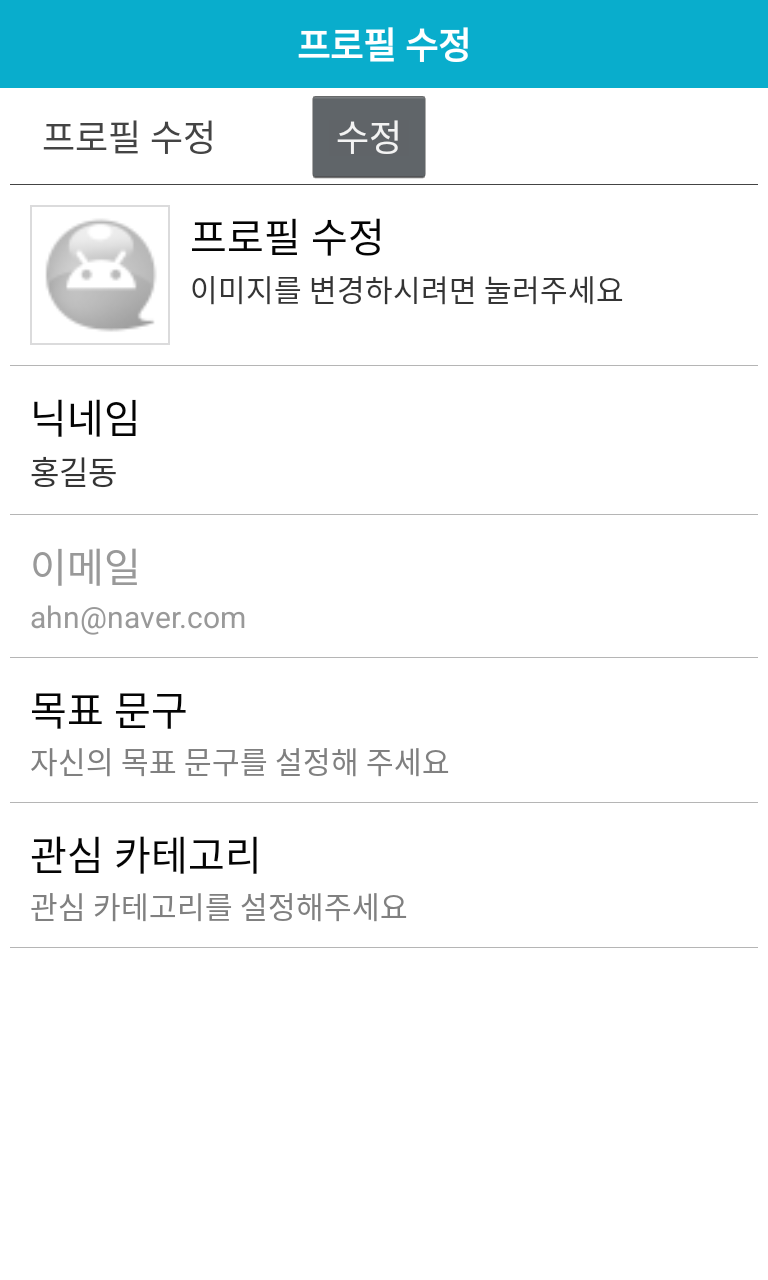
Repository: belhyun/witherest-android
Layout: Witherest/res/layout/activity_profile.xml
These files come from the project's save history. The layout is drawn as it stood at one moment and after the next save; the edit follows.
It is drawn on a 768 x 1280 px phone screen (xhdpi) without system bars, with theme android:Theme.Holo.NoActionBar; the app's code is not run.

Above is the layout before, as saved 2013-07-08 07:07:52.

### Witherest/res/layout/activity_profile.xml
<?xml version="1.0" encoding="utf-8"?>
<LinearLayout xmlns:android="http://schemas.android.com/apk/res/android"
    android:layout_width="fill_parent"
    android:layout_height="fill_parent"
    android:background="#ffffff"
    android:orientation="vertical">

    <!-- Title Area -->

   <LinearLayout
        android:layout_width="fill_parent"
        android:layout_height="44dp"
        android:background="#09ADCC" >

        <TextView
            android:layout_width="fill_parent"
            android:layout_height="fill_parent"
            android:layout_gravity="center_horizontal|center_vertical"
            android:gravity="center"
            android:text="@string/profile_title"
            android:textColor="#ffffff"
            android:textSize="18sp"
            android:textStyle="bold" />
    </LinearLayout>

    <LinearLayout
        android:layout_width="fill_parent"
        android:layout_height="fill_parent"
        android:layout_marginLeft="5dp"
        android:layout_marginRight="5dp"
        android:orientation="vertical" >

    <ScrollView
        android:layout_width="match_parent"
        android:layout_height="match_parent" >

        <LinearLayout
            android:layout_width="match_parent"
            android:layout_height="wrap_content"
            android:orientation="vertical" >

            <LinearLayout
                android:layout_width="match_parent"
                android:layout_height="wrap_content"
                android:layout_marginLeft="16dp"
                android:orientation="horizontal" >

                <TextView
                    android:id="@+id/textView1"
                    android:layout_width="wrap_content"
                    android:layout_height="wrap_content"
                    android:textColor="#444444"
                    android:textSize="18sp"
                    android:text="@string/profile_title"
                    android:typeface="sans" />

                <Button
                    android:id="@+id/activity_profile_submit_btn"
                    android:layout_width="wrap_content"
                    android:layout_height="wrap_content"
                    android:layout_marginLeft="20pt"
                    android:text="@string/modify"
                    android:textSize="18sp" />
            </LinearLayout>

            <LinearLayout
                android:layout_width="match_parent"
                android:layout_height="1px"
                android:background="#444444"
                android:orientation="vertical" >
            </LinearLayout>

            <RelativeLayout
                android:id="@+id/activity_profile_image_get_btn"
                android:layout_width="match_parent"
                android:layout_height="wrap_content"
                android:background="@drawable/makeroom_selector"
                android:clickable="true"
                android:orientation="horizontal"
                android:padding="10dp" >

                <!-- ListRow Left sied Thumbnail image -->

                <LinearLayout
                    android:id="@+id/activity_profile_image_linear"
                    android:layout_width="70dp"
                    android:layout_height="70dp"
                    android:layout_alignParentLeft="true"
                    android:layout_marginRight="10dp"
                    android:background="@drawable/image_bg"
                    android:padding="3dip" >

                    <ImageView
                        android:id="@+id/activity_profile_thumb_image"
                        android:layout_width="match_parent"
                        android:layout_height="match_parent"
                        android:scaleType="centerCrop"
                        android:src="@drawable/stub" />
                </LinearLayout>

                <!-- Title Of Song -->

                <TextView
                    android:id="@+id/activity_profile_image_text1"
                    android:layout_width="wrap_content"
                    android:layout_height="wrap_content"
                    android:layout_alignTop="@id/activity_profile_image_linear"
                    android:layout_toRightOf="@id/activity_profile_image_linear"
                    android:text="@string/profile_title"
                    android:textColor="#040404"
                    android:textSize="20sp" />

                <!-- Artist Name -->

                <TextView
                    android:id="@+id/activity_profile_image_text2"
                    android:layout_width="match_parent"
                    android:layout_height="wrap_content"
                    android:layout_below="@id/activity_profile_image_text1"
                    android:layout_marginTop="1dip"
                    android:layout_toRightOf="@id/activity_profile_image_linear"
                    android:text="@string/profile_image_des"
                    android:textColor="#343434"
                    android:textSize="15sp" />
            </RelativeLayout>

            <LinearLayout
                android:layout_width="match_parent"
                android:layout_height="1px"
                android:background="#b5b5b5" >
            </LinearLayout>

            <RelativeLayout
                android:id="@+id/activity_profile_nickname_btn"
                android:layout_width="match_parent"
                android:layout_height="wrap_content"
                android:background="@drawable/makeroom_selector"
                android:clickable="true"
                android:gravity="center_vertical"
                android:orientation="horizontal"
                android:padding="10dp" >

                <TextView
                    android:id="@+id/activity_profile_nickname_title"
                    android:layout_width="wrap_content"
                    android:layout_height="wrap_content"
                    android:text="@string/profile_nick"
                    android:textColor="#040404"
                    android:textSize="20sp" />

                <TextView
                    android:id="@+id/activity_profile_nickname"
                    android:layout_width="match_parent"
                    android:layout_height="wrap_content"
                    android:layout_alignParentRight="true"
                    android:layout_below="@+id/activity_profile_nickname_title"
                    android:layout_marginTop="1px"
                    android:text="홍길동"
                    android:textColor="#343434"
                    android:textSize="16sp" />
            </RelativeLayout>

            <LinearLayout
                android:layout_width="match_parent"
                android:layout_height="1px"
                android:background="#b5b5b5" >
            </LinearLayout>

            <RelativeLayout
                android:id="@+id/activity_profile_email_btn"
                android:layout_width="match_parent"
                android:layout_height="wrap_content"
                android:background="@drawable/makeroom_selector"
                android:clickable="true"
                android:focusableInTouchMode="false"
                android:gravity="center_vertical"
                android:orientation="horizontal"
                android:padding="10dp" >

                <TextView
                    android:id="@+id/activity_pofile_email_title"
                    android:layout_width="wrap_content"
                    android:layout_height="wrap_content"
                    android:text="@string/email"
                    android:textColor="#999999"
                    android:textSize="20sp" />

                <TextView
                    android:id="@+id/activity_profile_email"
                    android:layout_width="match_parent"
                    android:layout_height="wrap_content"
                    android:layout_below="@id/activity_pofile_email_title"
                    android:layout_marginTop="1dip"
                    android:text="ahn@naver.com"
                    android:textColor="#999999"
                    android:textSize="15sp" />
            </RelativeLayout>

            <LinearLayout
                android:layout_width="match_parent"
                android:layout_height="1px"
                android:background="#b5b5b5" >
            </LinearLayout>

            <RelativeLayout
                android:id="@+id/activity_profile_target_btn"
                android:layout_width="match_parent"
                android:layout_height="wrap_content"
                android:background="@drawable/makeroom_selector"
                android:clickable="true"
                android:gravity="center_vertical"
                android:orientation="horizontal"
                android:padding="10dp" >

                <TextView
                    android:id="@+id/activity_pofile_prupose_title"
                    android:layout_width="wrap_content"
                    android:layout_height="wrap_content"
                    android:text="@string/purpose"
                    android:textColor="#040404"
                    android:textSize="20sp" />

                <TextView
                    android:id="@+id/activity_profile_purpose"
                    android:layout_width="match_parent"
                    android:layout_height="wrap_content"
                    android:layout_alignLeft="@id/activity_pofile_email_title"
                    android:layout_below="@id/activity_pofile_prupose_title"
                    android:layout_marginTop="1px"
                    android:hint="@string/profile_purpose_hint"
                    android:textColor="#343434"
                    android:textSize="15sp" />
            </RelativeLayout>

            <LinearLayout
                android:layout_width="match_parent"
                android:layout_height="1px"
                android:background="#b5b5b5" >
            </LinearLayout>

            <RelativeLayout
                android:id="@+id/activity_profile_mycategory_btn"
                android:layout_width="match_parent"
                android:layout_height="wrap_content"
                android:background="@drawable/makeroom_selector"
                android:clickable="true"
                android:gravity="center_vertical"
                android:orientation="horizontal"
                android:padding="10dp" >

                <TextView
                    android:id="@+id/activity_profile_mycategory_title"
                    android:layout_width="wrap_content"
                    android:layout_height="wrap_content"
                    android:text="@string/mycategory"
                    android:textColor="#040404"
                    android:textSize="20sp" />

                <TextView
                    android:id="@+id/activity_profile_mycatefories"
                    android:layout_width="match_parent"
                    android:layout_height="wrap_content"
                    android:layout_alignLeft="@id/activity_profile_mycategory_title"
                    android:layout_below="@id/activity_profile_mycategory_title"
                    android:layout_marginTop="1px"
                    android:hint="@string/profile_category_hint"
                    android:textColor="#343434"
                    android:textSize="15sp" />
            </RelativeLayout>

            <LinearLayout
                android:layout_width="match_parent"
                android:layout_height="1px"
                android:background="#b5b5b5" >
            </LinearLayout>

            <LinearLayout
                android:layout_width="match_parent"
                android:layout_height="10dp" >
            </LinearLayout>
        </LinearLayout>
    </ScrollView>
    </LinearLayout>

</LinearLayout>

### Witherest/res/drawable/makeroom_selector.xml
<?xml version="1.0" encoding="utf-8"?>
<selector xmlns:android="http://schemas.android.com/apk/res/android">


    <item android:drawable="@drawable/hover_bg" android:state_pressed="true"/>
    <item android:drawable="@drawable/hover_bg" android:state_pressed="false" android:state_selected="true"/>

</selector>

### Witherest/res/drawable/image_bg.xml
<?xml version="1.0" encoding="utf-8"?>
<layer-list xmlns:android="http://schemas.android.com/apk/res/android" >

    <item>
        <shape android:shape="rectangle" >
            <stroke
                android:width="1dp"
                android:color="#dbdbdc" />

            <solid android:color="#FFFFFF" />
        </shape>
    </item>

</layer-list>

### Witherest/res/drawable/hover_bg.xml
<?xml version="1.0" encoding="utf-8"?>
<shape xmlns:android="http://schemas.android.com/apk/res/android" >
    <solid android:color="#16cedb"/>
</shape>

Loaded but not shown: Witherest/res/values/strings.xml (246 lines, source omitted)

After the next save:
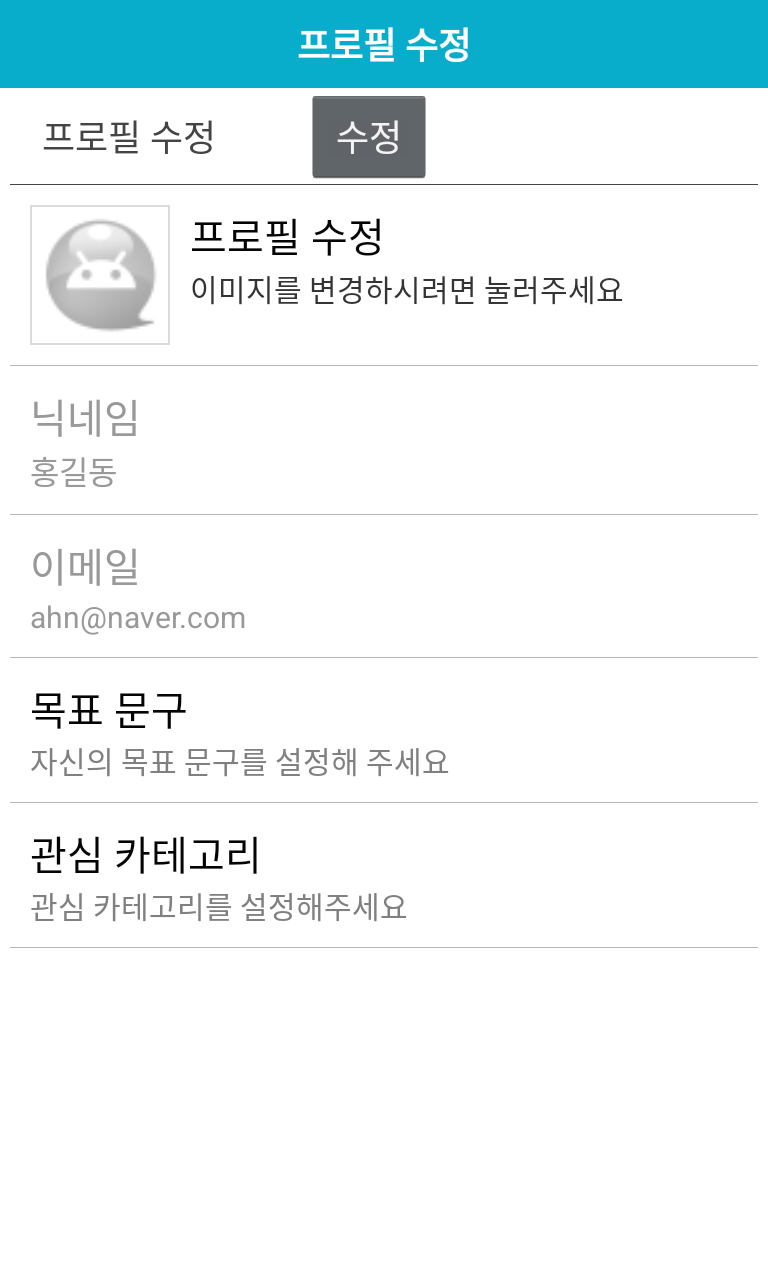
Saved 61 s later.
--- a/Witherest/res/layout/activity_profile.xml
+++ b/Witherest/res/layout/activity_profile.xml
@@ -145,7 +145,7 @@
                     android:layout_width="wrap_content"
                     android:layout_height="wrap_content"
                     android:text="@string/profile_nick"
-                    android:textColor="#040404"
+                    android:textColor="#999999"
                     android:textSize="20sp" />
 
                 <TextView
@@ -156,7 +156,7 @@
                     android:layout_below="@+id/activity_profile_nickname_title"
                     android:layout_marginTop="1px"
                     android:text="홍길동"
-                    android:textColor="#343434"
+                    android:textColor="#999999"
                     android:textSize="16sp" />
             </RelativeLayout>
 
